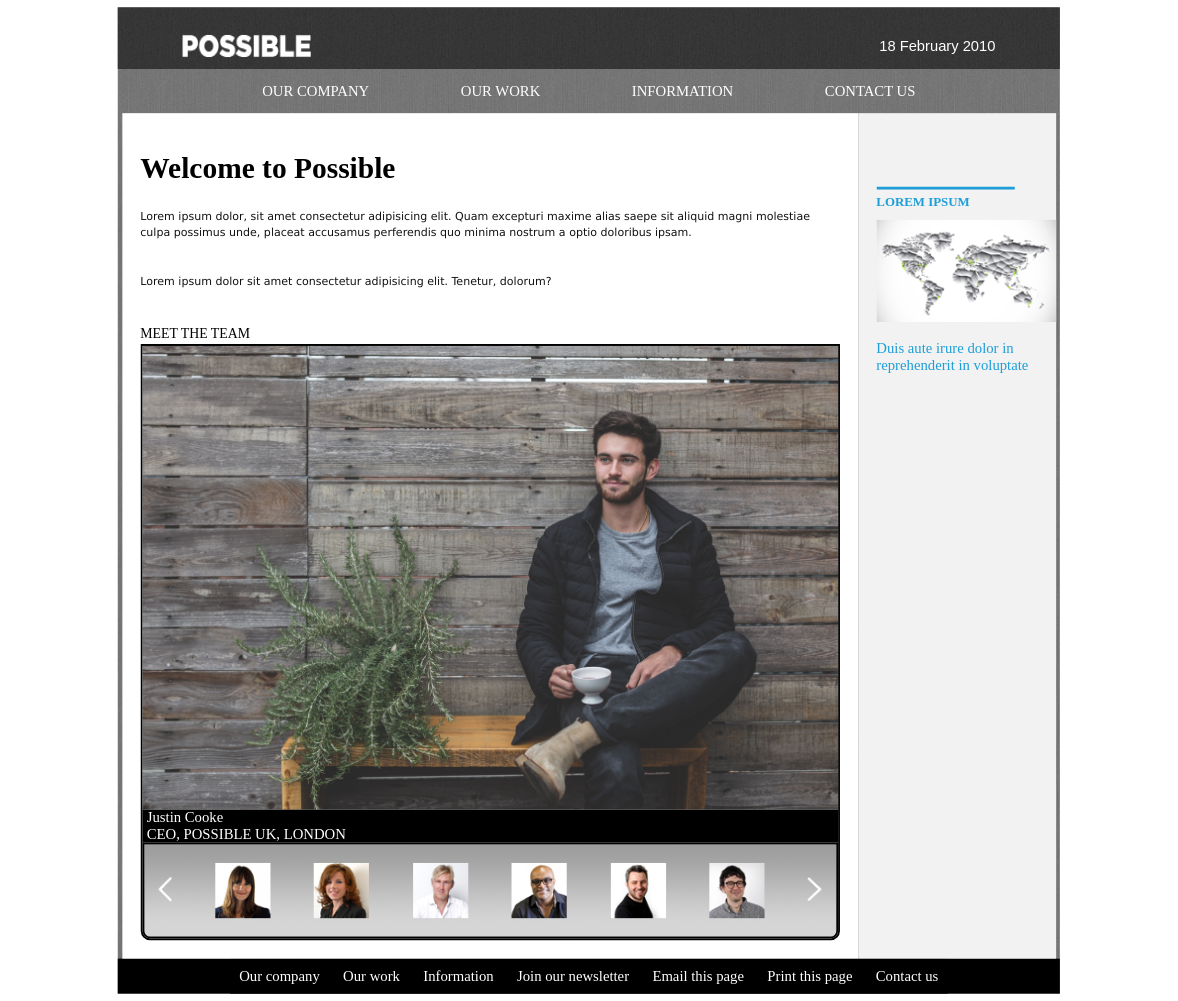
Repository: grzegorzgebala/possible-site
Page: index.html
These files come from the project's save history. The page is drawn as it stood at one moment and after the next save; the edit follows.
The browser window is 1280 px wide. The pictures show the whole page, at 92% of full size.
The style sheet was rebuilt from its Sass, Less or Tailwind sources for each picture, by a compiler version that may differ from the author's.

Above is the page before, as saved 2020-02-16 01:11:13.

After the next save:
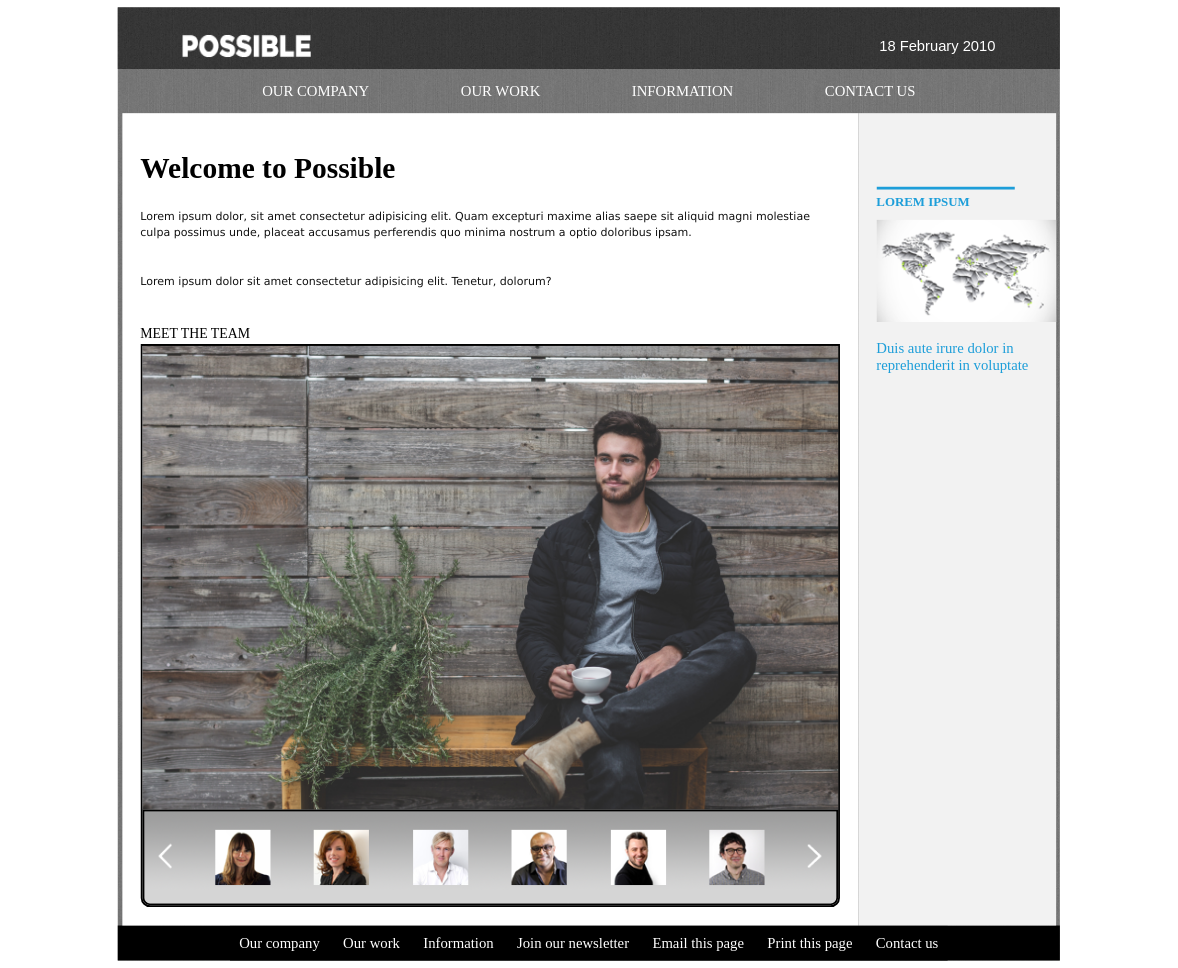
Saved 4 min 44 s later.
--- a/sass/style.scss
+++ b/sass/style.scss
@@ -93,6 +93,11 @@
         .descriptor {
             background-color: black;
             padding-left: 5px;
+            display: none;
+
+            :hover {
+                display: block;
+            }
 
             div {
                 color: white;

After the save that followed:
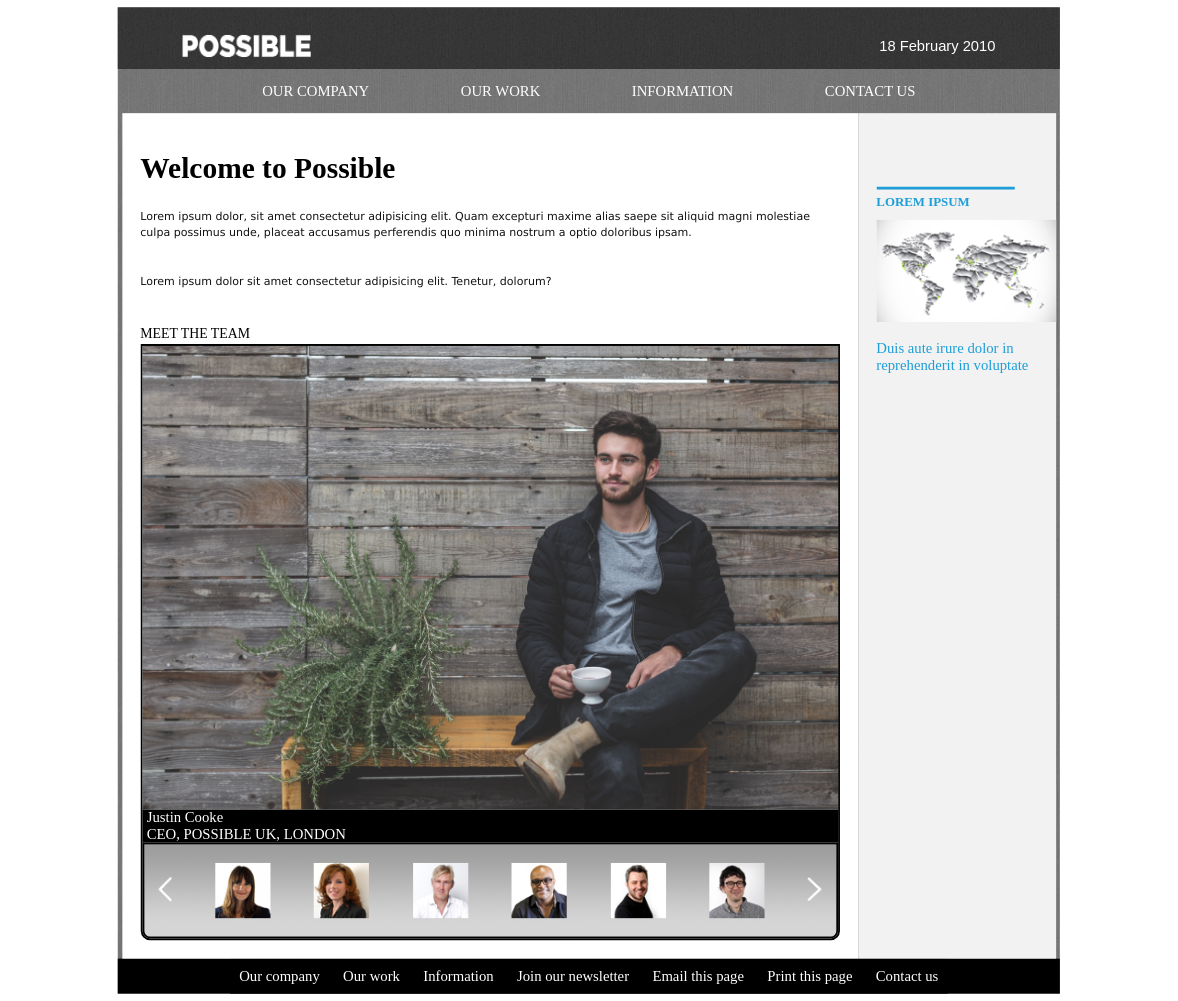
Saved 66 s later.
--- a/sass/style.scss
+++ b/sass/style.scss
@@ -93,11 +93,6 @@
         .descriptor {
             background-color: black;
             padding-left: 5px;
-            display: none;
-
-            :hover {
-                display: block;
-            }
 
             div {
                 color: white;
